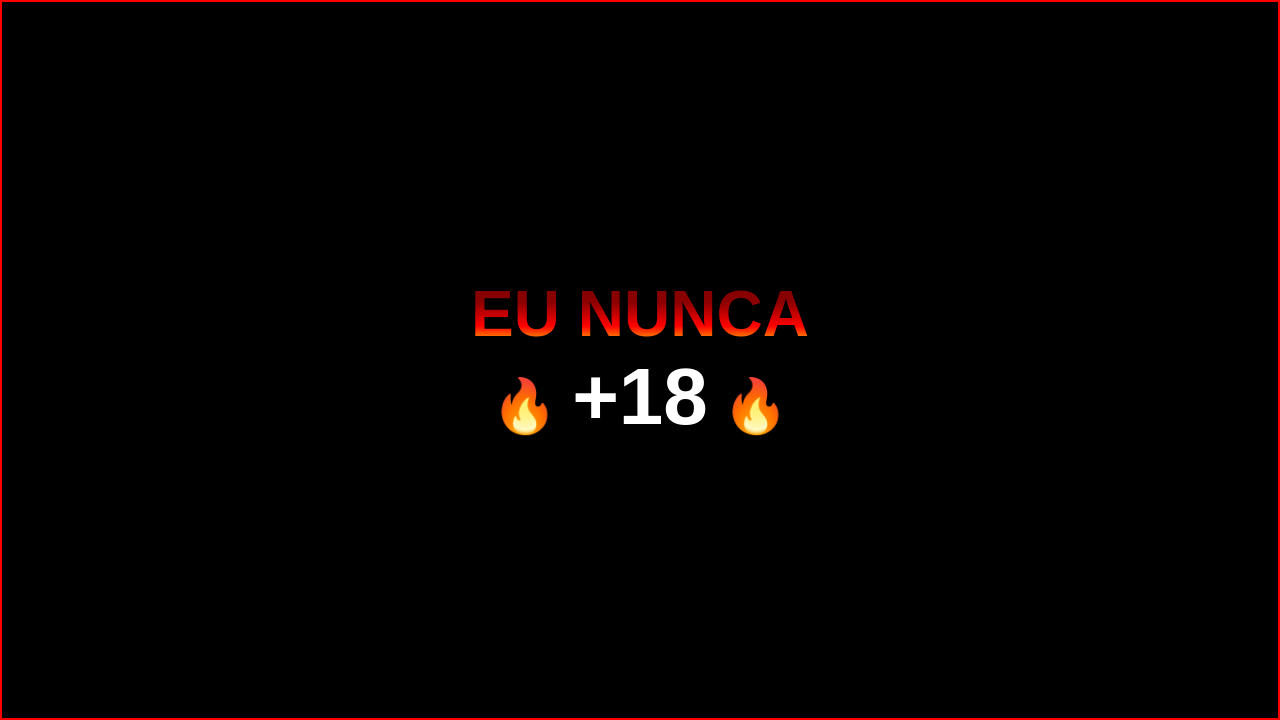
Repository: odiloalmeida/inever
Page: index.html
An editor plug-in stored every save of this project. The page is shown before and after the next save, followed by the edit.
The browser window is 1280 px wide. The pictures show the whole page.

Above is the page before, as saved 2023-01-31 21:17:50.

After the next save:
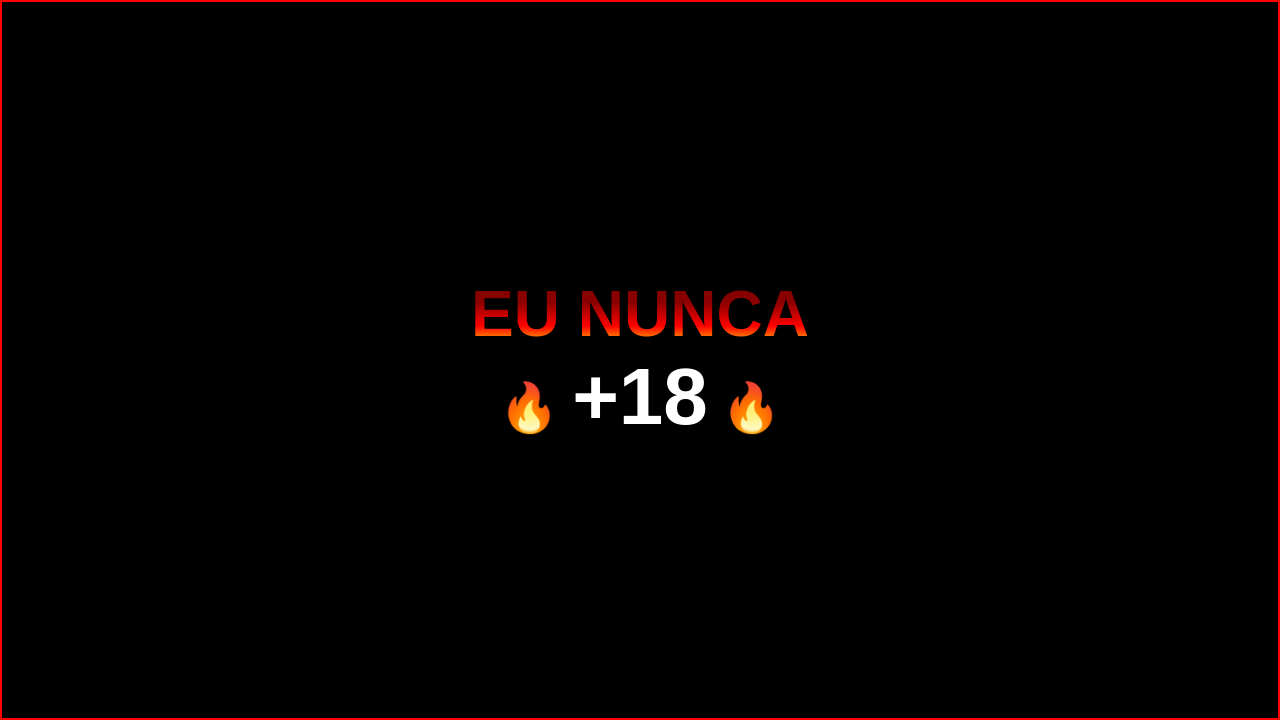
Saved 12 s later.
--- a/style.css
+++ b/style.css
@@ -20,7 +20,7 @@ button {
     width: 100vw;
     border: red 2px solid;
     font-weight: bold;
-    font-size: 3.3rem;
+    font-size: 3rem;
     padding: 5px;
     color: #f1f1f1;
 }
